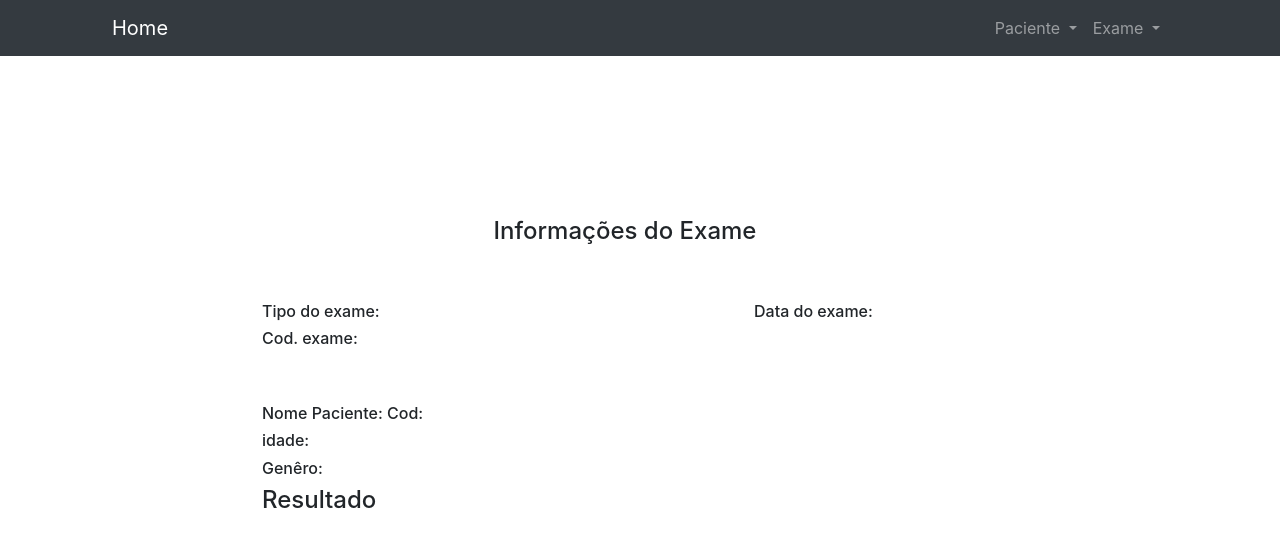
Repository: noobDevPRB/struts2_project
Page: http://localhost/Projeto_SOCTest/WEB-INF/jsp/exame/visualizar.jsp
An editor plug-in stored every save of this project. The page is shown before and after the next save, followed by the edit.
The browser window is 1280 px wide. The pictures show the whole page.
The page is served by Tomcat 9. Nobody is signed in. The template is opened directly, without the code that normally fills it, so the values that code supplies are empty.

Above is the page before, as saved 2020-10-18 18:55:57.

After the next save:
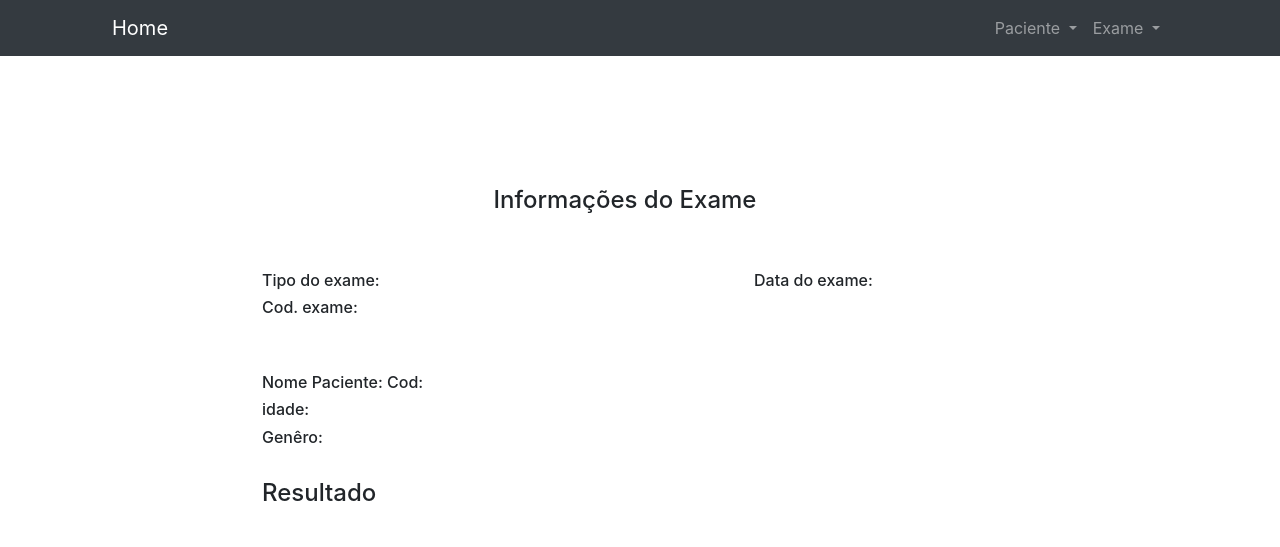
Saved 21 s later.
--- a/Projeto_SOCTest/WebContent/WEB-INF/jsp/exame/visualizar.jsp
+++ b/Projeto_SOCTest/WebContent/WEB-INF/jsp/exame/visualizar.jsp
@@ -55,7 +55,7 @@
 							<h6>${paciente.genero}</h6>
 						</div>
 					</div>
-					<h4>Resultado</h4>
+					<h4 class="py-4">Resultado</h4>
 				</div>
 
 			</div>
